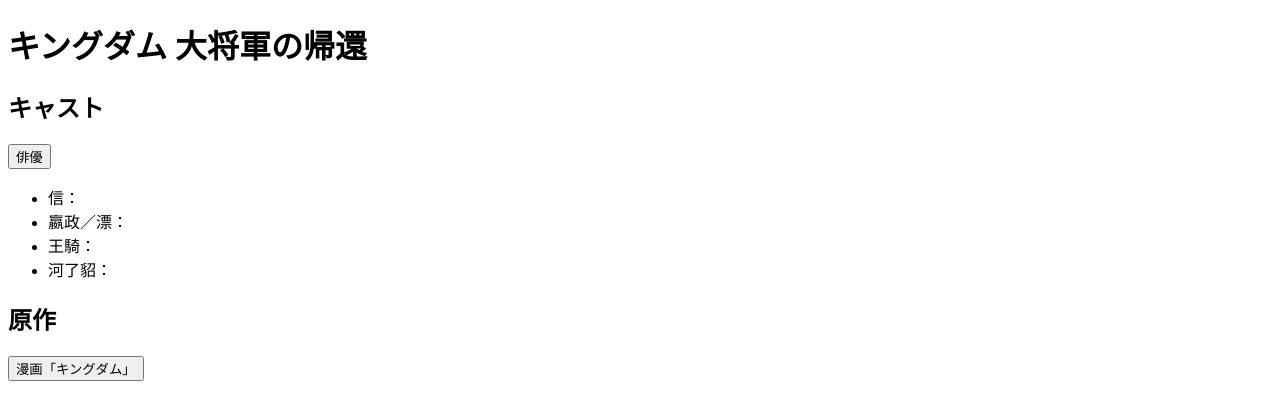
Repository: matsuryu0325/18_JS_practise
Page: 18_matuoka/0607/kingdom.html
The author's editor kept a copy of each file at every save. The page is drawn from the files as they stood at one save, then again after the next save.
The browser window is 1280 px wide. The pictures show the whole page.
After loading, the first visible `button.display` was clicked once.

Above is the page before, as saved 2024-06-17 10:03:15.

After the next save:
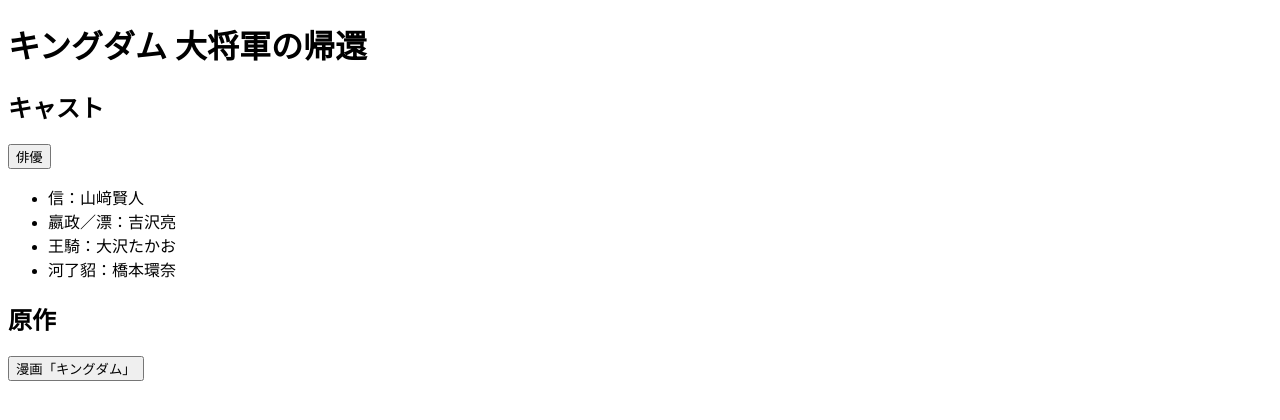
Saved 11 min 47 s later.
--- a/18_matuoka/0607/kingdom.html
+++ b/18_matuoka/0607/kingdom.html
@@ -41,7 +41,21 @@
             const castSpan = document.querySelectorAll(".cast span");
 
         });
+        displayBtn.addEventListener('click', function () {
+            const castSpan = document.querySelectorAll('.cast span');
+            for (let i = 0; i < castSpan.length; i++) {
+                castSpan[i].insertAdjacentText('beforeend', casts[i]);
+            }
+        });
 
+        resultBtn.addEventListener('click', function () {
+            const ulElm = document.createElement('ul');
+            for (let key in kingdom) {
+                ulElm.insertAdjacentHTML('beforeend', `<li>${kingdom[key]}</li>`);
+            }
+            const dataArea = document.querySelector('.data');
+            dataArea.appendChild(ulElm);
+        });
 
 
         //問題2
